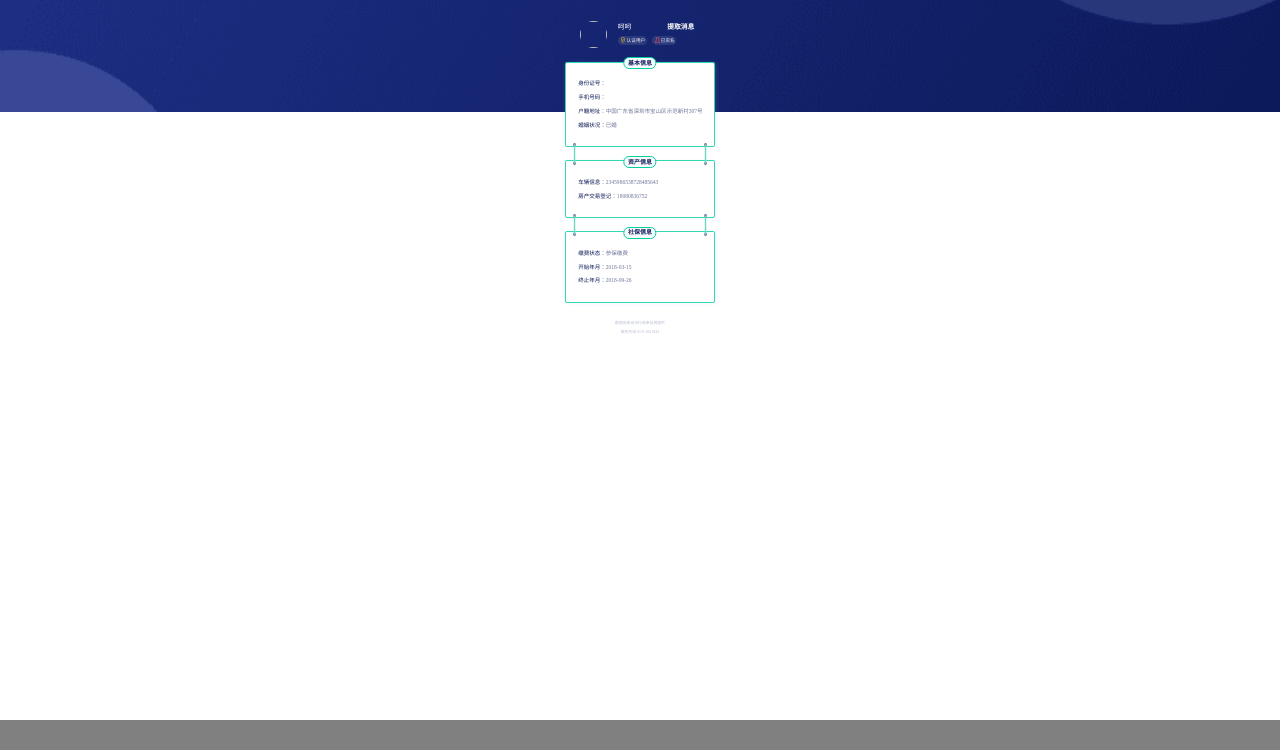
Repository: zlpstart/qingdao-new
Page: /Record
These files come from the project's save history. The page is drawn as it stood at one moment and after the next save; the edit follows.
The browser window is 1280 px wide. The pictures show the whole page.
The page's requests for data from a server got no answer. Some web fonts or font styles are not loaded; a fallback is used. The project was rebuilt for these pictures with package versions that can differ from the ones it lists, and the page was loaded fresh each time. No one was signed in, and anything a server would have sent is missing. Also part of the build but not shown: src/components/MySpace.vue, src/components/Home.vue, src/components/Enterprise.vue, src/components/Opinion.vue, src/components/Opinion2.vue, src/components/Car.vue, src/components/House.vue, src/components/License.vue and 5 more.

Above is the page before, as saved 2019-09-22 16:27:33.

After the next save:
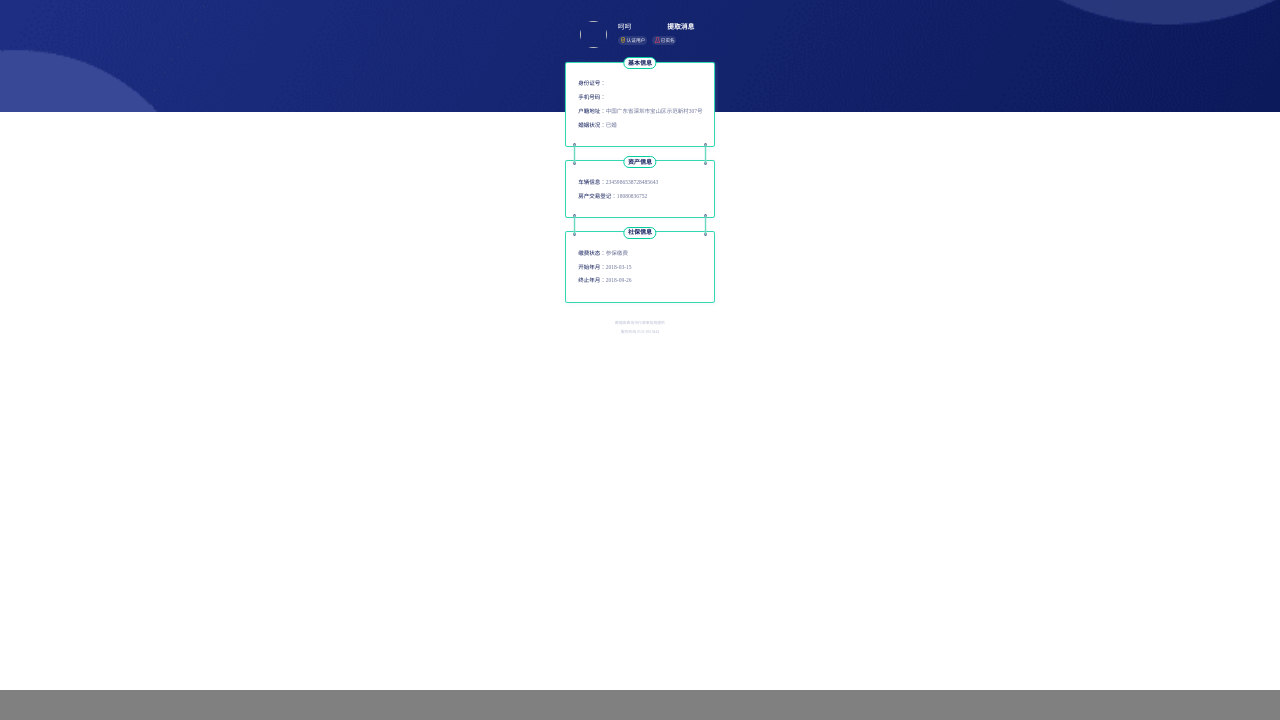
Saved 7 s later.
--- a/src/components/Record.vue
+++ b/src/components/Record.vue
@@ -587,7 +587,7 @@ body {
 .footer {
   width: 100%;
   height: 1.8667rem;
-  position: f;
+  position: fixed;
   bottom: 0;
   background: gray;
 }
